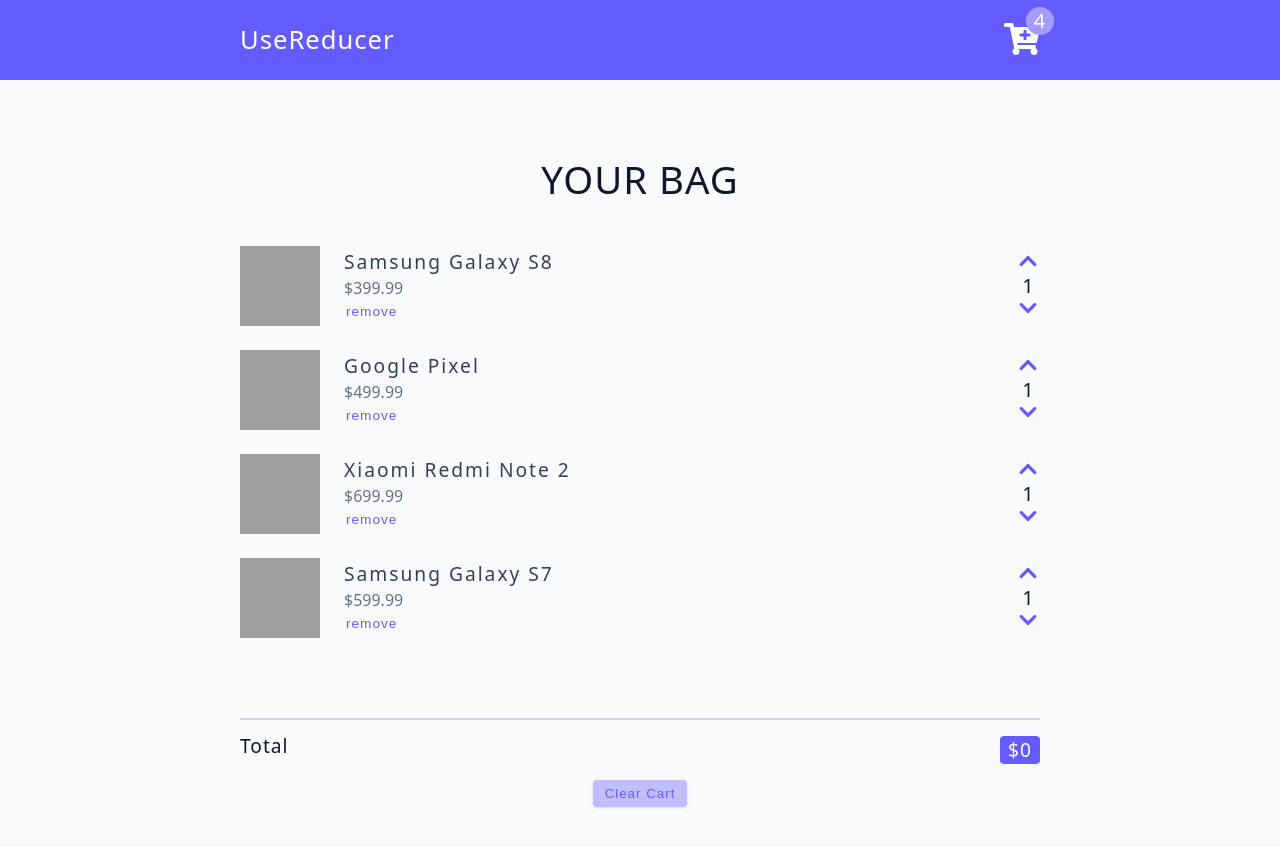
Repository: dydals3440/React-Projects
Page: / (app in 04-fundamental-projects/14-cart/starter/)
The author's editor kept a copy of each file at every save. The page is drawn from the files as they stood at one save, then again after the next save.
The browser window is 1280 px wide. The pictures show the whole page.
Pictures or frames that could not be fetched are drawn as grey boxes. The project was rebuilt for these pictures with package versions that can differ from the ones it lists, and the page was loaded fresh each time. Also part of the build but not shown: 04-fundamental-projects/14-cart/starter/vite.config.js.

Above is the page before, as saved 2023-09-12 13:29:07.

### 04-fundamental-projects/14-cart/starter/src/main.jsx
import React from 'react';
import ReactDOM from 'react-dom/client';
import App from './App';
import './index.css';
import { AppProvider } from './store/context';
ReactDOM.createRoot(document.getElementById('root')).render(
  <React.StrictMode>
    <AppProvider>
      <App />
    </AppProvider>
  </React.StrictMode>
);

### 04-fundamental-projects/14-cart/starter/src/store/context.jsx
import { useContext, useReducer, useEffect, createContext } from 'react';
import reducer from './reducer';
import cartItems from '../data';
import {
  CLEAR_CART,
  REMOVE,
  INCREASE,
  DECREASE,
  LOADING,
  DISPLAY_ITEMS,
} from './actions';
import { getTotals } from '../utils/utils';

const AppContext = createContext();

// // 1. reducer 파일에 로직 분리
// const reducer = (state, action) => {
//   return state;
// };

// 2.
const initialState = {
  loading: false,
  cart: new Map(cartItems.map((item) => [item.id, item])),
};

export const AppProvider = ({ children }) => {
  // 초기상태 뿐만 아니라, reducer를 사용해서 상태를 변경할 수 있음.
  const [state, dispatch] = useReducer(reducer, initialState);
  // totalAmount 갖고옴
  const { totalAmount, totalCost } = getTotals(state.cart);

  const clearCart = () => {
    dispatch({ type: CLEAR_CART });
  };

  const remove = (id) => {
    dispatch({ type: REMOVE, payload: { id } });
  };

  const increase = (id) => {
    dispatch({ type: INCREASE, payload: { id } });
  };

  const decrease = (id) => {
    dispatch({ type: DECREASE, payload: { id } });
  };

  return (
    <AppContext.Provider
      value={{
        ...state,
        clearCart,
        remove,
        increase,
        decrease,
        totalAmount,
        totalCost,
      }}
    >
      {children}
    </AppContext.Provider>
  );
};

export const useGlobalContext = () => {
  return useContext(AppContext);
};

### 04-fundamental-projects/14-cart/starter/src/Navbar.jsx
import { FaCartPlus } from 'react-icons/fa';
import { useGlobalContext } from './store/context';
const Navbar = () => {
  const { totalAmount } = useGlobalContext();
  return (
    <nav>
      <div className='nav-center'>
        <h4>useReducer</h4>
        <div className='nav-container'>
          <FaCartPlus className='cart-icon' />
          <div className='amount-container'>
            <p className='total-amount'>{totalAmount}</p>
          </div>
        </div>
      </div>
    </nav>
  );
};

export default Navbar;

### 04-fundamental-projects/14-cart/starter/src/CartContainer.jsx
import CartItem from './CartItem';
import cartItems from './data';
import { useGlobalContext } from './store/context';

const CartContainer = () => {
  const { cart, clearCart, totalCost } = useGlobalContext();

  // const cartArray = [...cartItems];
  const cartArray = Array.from(cart.entries());
  if (cartArray.length === 0) {
    return (
      <section className='cart'>
        {/* cart header */}
        <header>
          <h2>your bag</h2>
          <h4 className='empty-cart'>is currently empty</h4>
        </header>
      </section>
    );
  }
  return (
    <section className='cart'>
      {/* cart header */}
      <header>
        <h2>your bag</h2>
      </header>
      {/* cart items */}
      <div>
        {cartArray.map((cartItem) => {
          const [id, item] = cartItem;
          return <CartItem key={id} {...item} />;
        })}
      </div>
      {/* cart footer */}
      <footer>
        <hr />
        <div>
          <h5 className='cart-total'>
            total <span>${totalCost}</span>
          </h5>
        </div>
        <button className='btn btn-hipster' onClick={clearCart}>
          clear cart
        </button>
      </footer>
    </section>
  );
};

export default CartContainer;

### 04-fundamental-projects/14-cart/starter/src/store/reducer.js
import {
  CLEAR_CART,
  REMOVE,
  INCREASE,
  DECREASE,
  LOADING,
  DISPLAY_ITEMS,
} from './actions';

const reducer = (state, action) => {
  if (action.type === CLEAR_CART) {
    return { ...state, cart: new Map() };
  }
  if (action.type === REMOVE) {
    // Mutate 때문에 새 인스턴스를 만듬. 이전 카트를 참조하지 않음 이제
    const newCart = new Map(state.cart);
    newCart.delete(action.payload.id);
    // ...state는 기존값을 복사하고 덮어씀
    return { ...state, cart: newCart };
  }
  if (action.type === INCREASE) {
    // Mutate 방지 새 객체 만듬
    const newCart = new Map(state.cart);
    const itemId = action.payload.id;
    const item = newCart.get(itemId);
    const newItem = { ...item, amount: item.amount + 1 };
    // set은 key와 value만 넣어주면됨.
    newCart.set(itemId, newItem);
    return { ...state, cart: newCart };
  }
  if (action.type === DECREASE) {
    const newCart = new Map(state.cart);
    const itemId = action.payload.id;
    const item = newCart.get(itemId);
    if (item.amount === 1) {
      newCart.delete(itemId);
      return { ...state, cart: newCart };
    }
    const newItem = { ...item, amount: item.amount - 1 };
    newCart.set(itemId, newItem);
    return { ...state, cart: newCart };
  }

  throw new Error(`no matching action type : ${action.type}`);
};

export default reducer;

### 04-fundamental-projects/14-cart/starter/src/data.jsx
const cartItems = [
  {
    id: 'rec1JZlfCIBOPdcT2',
    title: 'Samsung Galaxy S8',
    price: '399.99',
    img: 'https://www.course-api.com/images/cart/phone-1.png',
    amount: 1,
  },
  {
    id: 'recB6qcHPxb62YJ75',
    title: 'google pixel',
    price: '499.99',
    img: 'https://www.course-api.com/images/cart/phone-2.png',
    amount: 1,
  },
  {
    id: 'recdRxBsE14Rr2VuJ',
    title: 'Xiaomi Redmi Note 2',
    price: '699.99',
    img: 'https://www.course-api.com/images/cart/phone-3.png',
    amount: 1,
  },
  {
    id: 'recwTo160XST3PIoW',
    title: 'Samsung Galaxy S7',
    price: '599.99 ',
    img: 'https://www.course-api.com/images/cart/phone-4.png',
    amount: 1,
  },
];

export default cartItems;

### 04-fundamental-projects/14-cart/starter/src/utils/utils.js
// Total Amount 호출
export const getTotals = (cart) => {
  let totalAmount = 0;
  let totalCost = 0;
  console.log(cart);
  for (let { amount, price } of cart.values()) {
    totalAmount += amount;
  }
  return { totalAmount, totalCost };
};

// cart

{
}

### 04-fundamental-projects/14-cart/starter/src/CartItem.jsx
import { FaChevronUp, FaChevronDown } from 'react-icons/fa';
import { useGlobalContext } from './store/context';
const CartItem = ({ id, img, title, price, amount }) => {
  const { remove, increase, decrease } = useGlobalContext();
  return (
    <article className='cart-item'>
      <img src={img} alt={title} />
      <div>
        <h5>{title}</h5>
        <span className='item-price'>${price}</span>
        {/* remove button */}
        <button className='remove-btn' onClick={() => remove(id)}>
          remove
        </button>
      </div>
      <div>
        {/* increase amount */}
        <button className='amount-btn' onClick={() => increase(id)}>
          <FaChevronUp className='amount-icon' />
        </button>
        {/* amount */}
        <span className='amount'>{amount}</span>
        {/* decrease amount */}
        <button className='amount-btn' onClick={() => decrease(id)}>
          <FaChevronDown className='amount-icon' />
        </button>
      </div>
    </article>
  );
};

export default CartItem;

Loaded but not shown: 04-fundamental-projects/14-cart/starter/index.html (common file); 04-fundamental-projects/14-cart/starter/src/App.jsx (common file); 04-fundamental-projects/14-cart/starter/src/index.css (common file); 04-fundamental-projects/14-cart/starter/src/store/actions.js (common file)

After the next save:
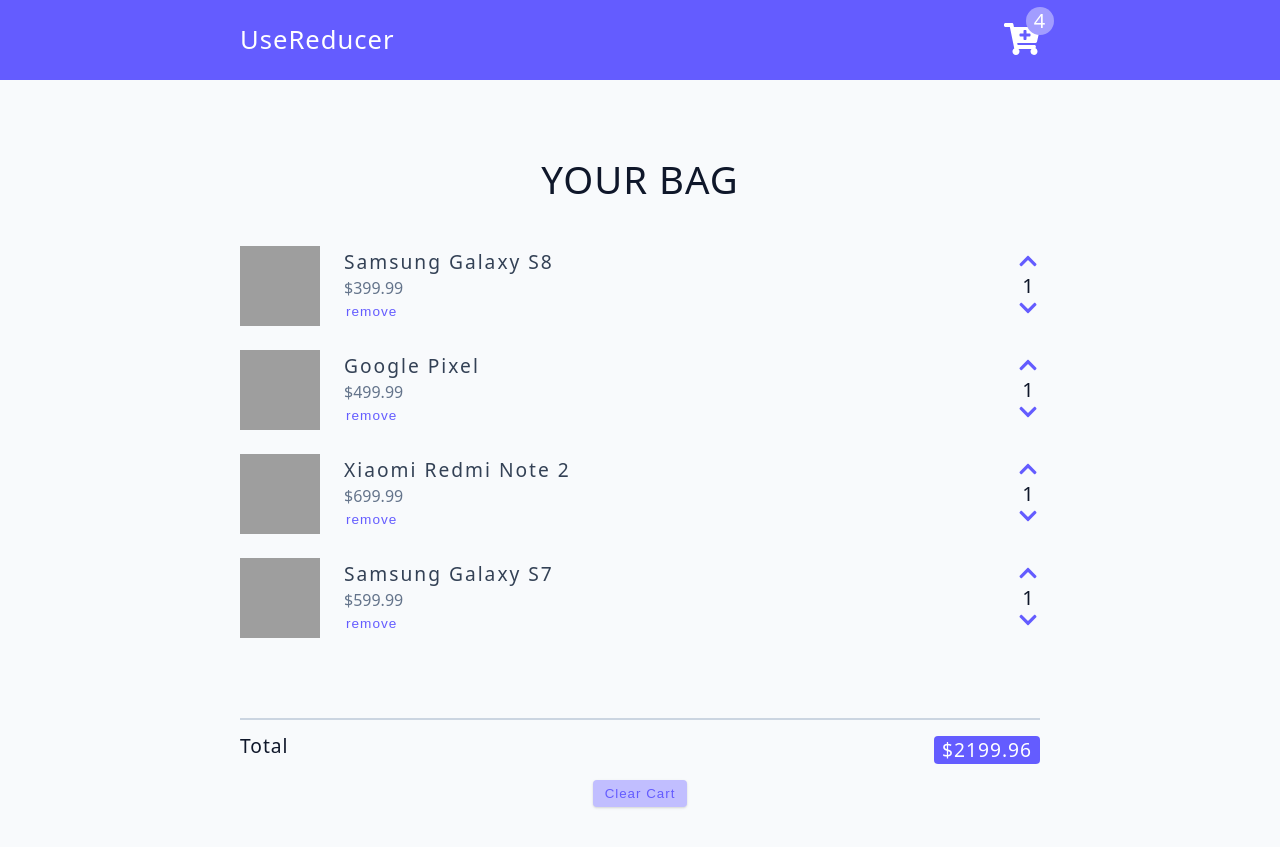
Saved 7 s later.
--- a/04-fundamental-projects/14-cart/starter/src/utils/utils.js
+++ b/04-fundamental-projects/14-cart/starter/src/utils/utils.js
@@ -5,6 +5,7 @@
   console.log(cart);
   for (let { amount, price } of cart.values()) {
     totalAmount += amount;
+    totalCost += amount * price;
   }
   return { totalAmount, totalCost };
 };
